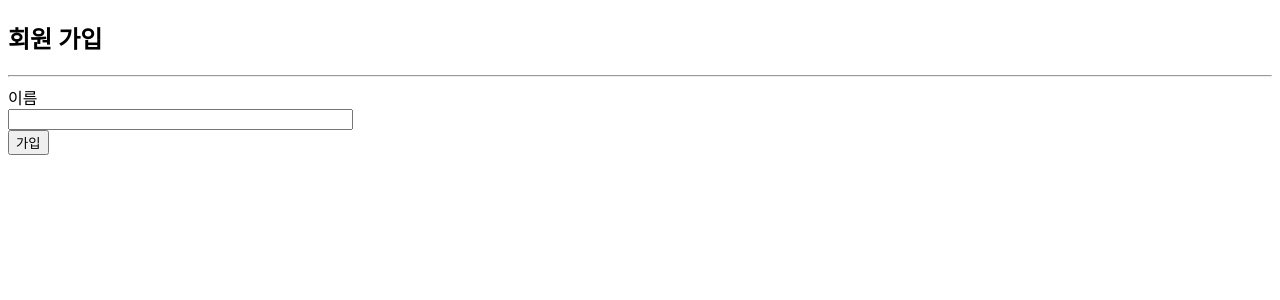
Repository: ineble/sql
Page: http://localhost/text/01/text1.jsp
These files come from the project's save history. The page is drawn as it stood at one moment and after the next save; the edit follows.
The browser window is 1280 px wide. The pictures show the whole page.
The page is served by Tomcat 9.

Above is the page before, as saved 2022-07-15 07:39:44.

After the next save:
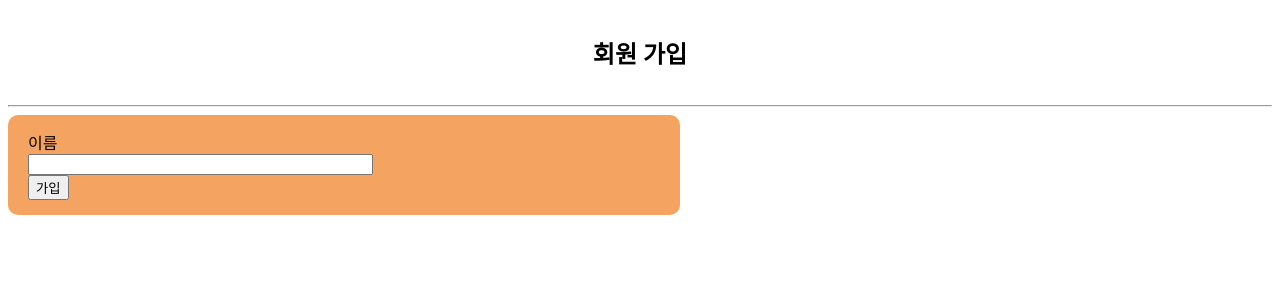
Saved 99 s later.
--- a/text/src/main/webapp/01/text1.jsp
+++ b/text/src/main/webapp/01/text1.jsp
@@ -6,7 +6,19 @@
 <meta charset="UTF-8">
 <title>회원 가입 폼 만들기 예제</title>
 <style>
-
+	h2 {
+		border-radius: 5px;
+		background-color: white;
+		text-align: center;
+		padding: 15px 0;
+	}
+	#regform{
+		padding: 15px 20px;
+		border-radius: 10px;
+		maring: auto;
+		width: 50%;
+		background-color: SandyBrown;
+	}
 </style>
 </head>
 <body>
